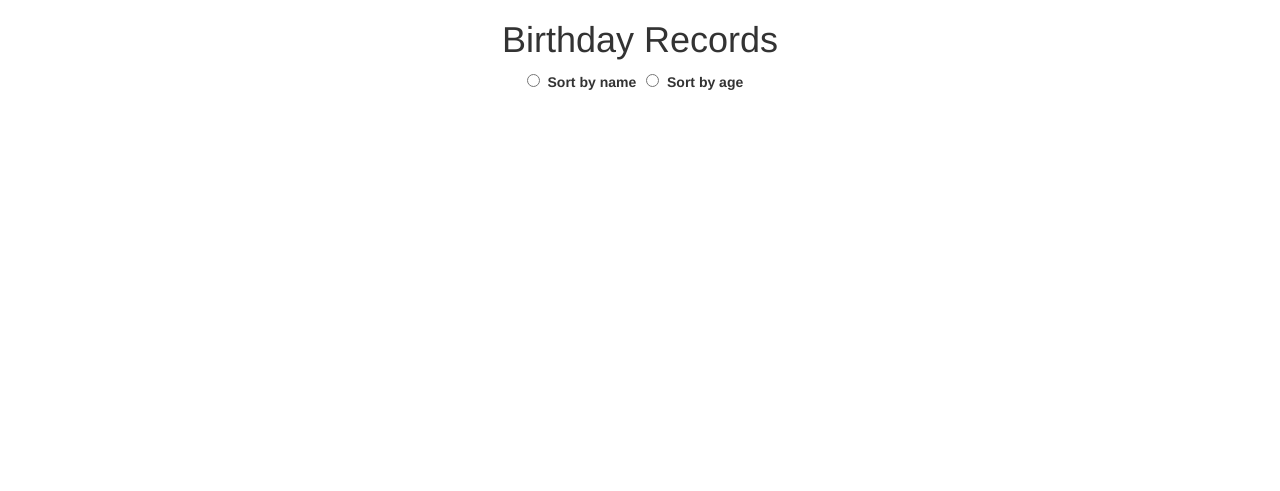
Repository: VivekCreative/birthday-project
Page: /
An editor plug-in stored every save of this project. The page is shown before and after a run of saves, followed by the edit.
The browser window is 1280 px wide. The pictures show the whole page.
The project was rebuilt for these pictures with package versions that can differ from the ones it lists, and the page was loaded fresh each time.

Above is the page before, as saved 2020-07-29 20:15:17.

After the next 2 saves:
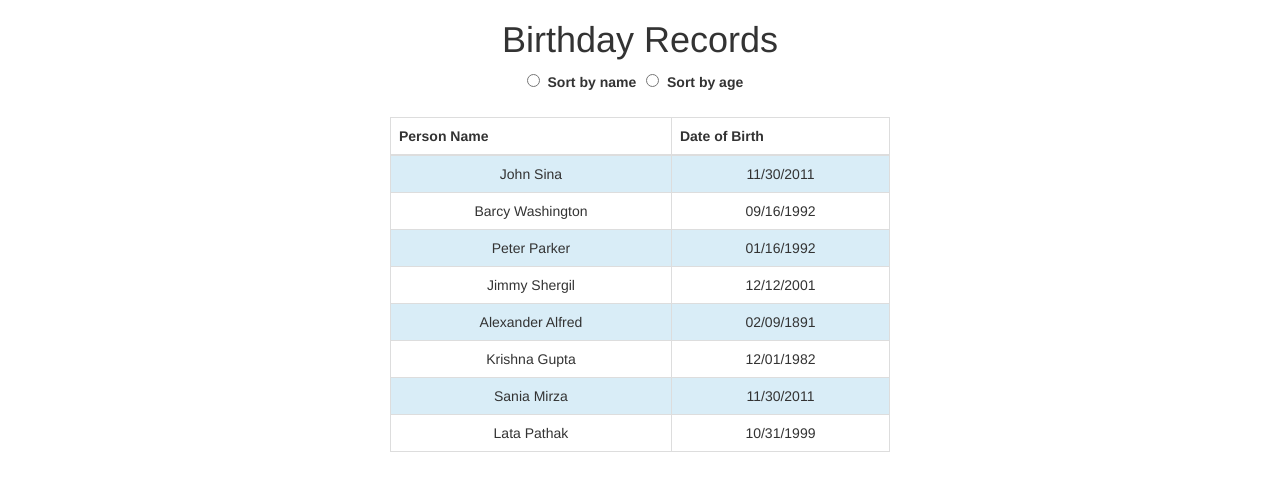
The 2 saves are shown as one change because 1 did not build or start.
The last was saved 2 min 36 s later.
--- a/src/components/Radio.js
+++ b/src/components/Radio.js
@@ -1,5 +1,6 @@
 import React, {Component} from 'react';
 import {PropTypes} from 'prop-types';
+import Table  from './Table';
 
 class Radio extends Component {
 	constructor() {
@@ -10,7 +11,16 @@ class Radio extends Component {
 	}
 
 	handelChange(type) {
-		// on radio state change handler
+    if(type =="name"){
+     this.setState({
+       radioClick:type
+     })
+    }else{
+      this.setState({
+        radioClick:type
+      })
+    }
+
 	}
 
 	render() {
@@ -24,6 +34,7 @@ class Radio extends Component {
       <input onChange={()=>this.handelChange('age')} type='radio' />
       <label>&nbsp;&nbsp;Sort by age</label>
     </div>
+    <Table radioClick = {this.state.radioClick}/>
   </div>
 );
 
